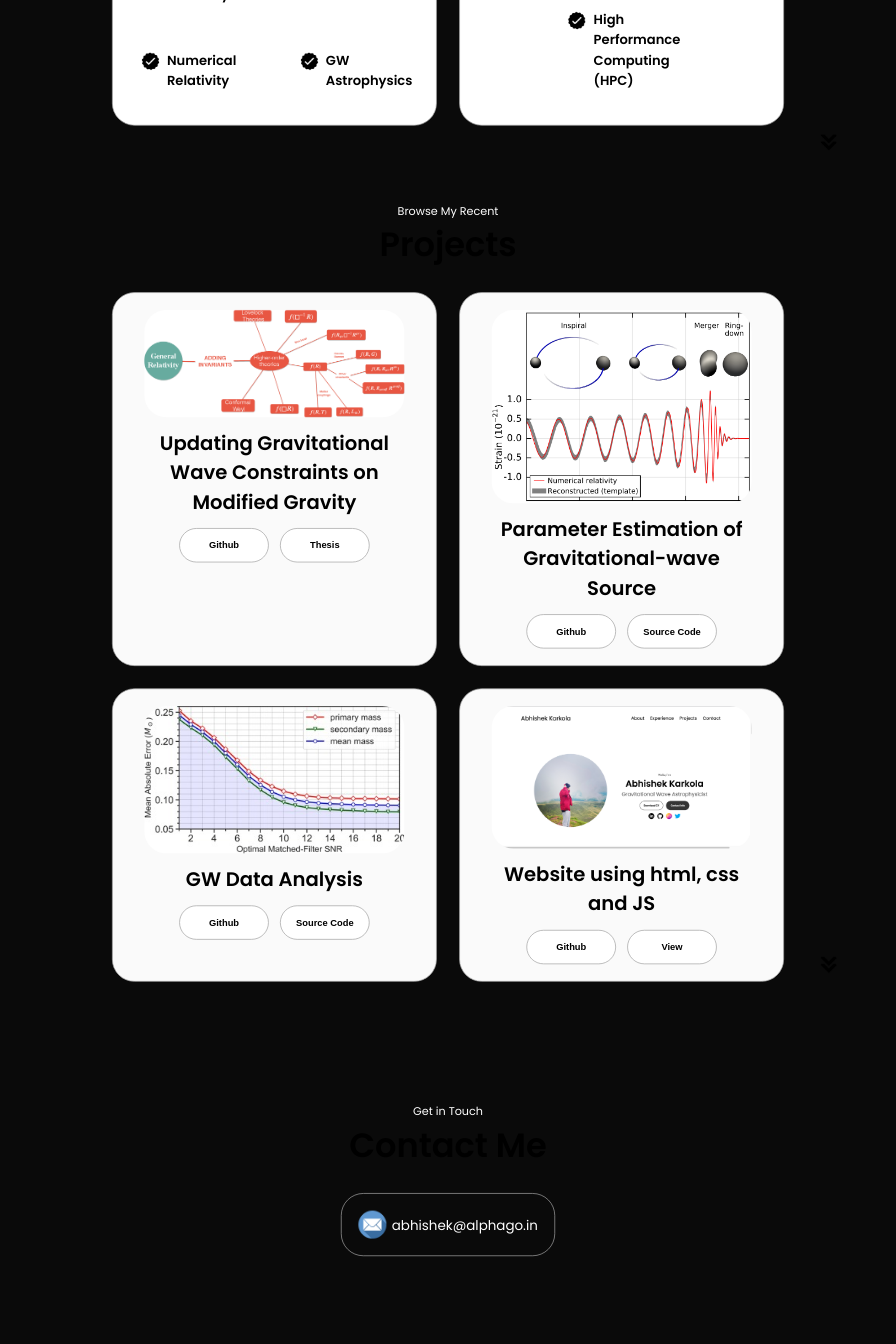
Repository: APersonalVoyage/APersonalVoyage.github.io
Page: index.html
An editor plug-in stored every save of this project. The page is shown before and after the next save, followed by the edit.
The browser window is 1280 px wide. The pictures show the part of the page from y = 1939 to 3859 px (the page is 4064 px tall), at 70% of full size.
A picture or video elsewhere on the page could not be fetched, so the positions and the page height are approximate.

Above is the page before, as saved 2023-08-24 18:56:44.

After the next save:
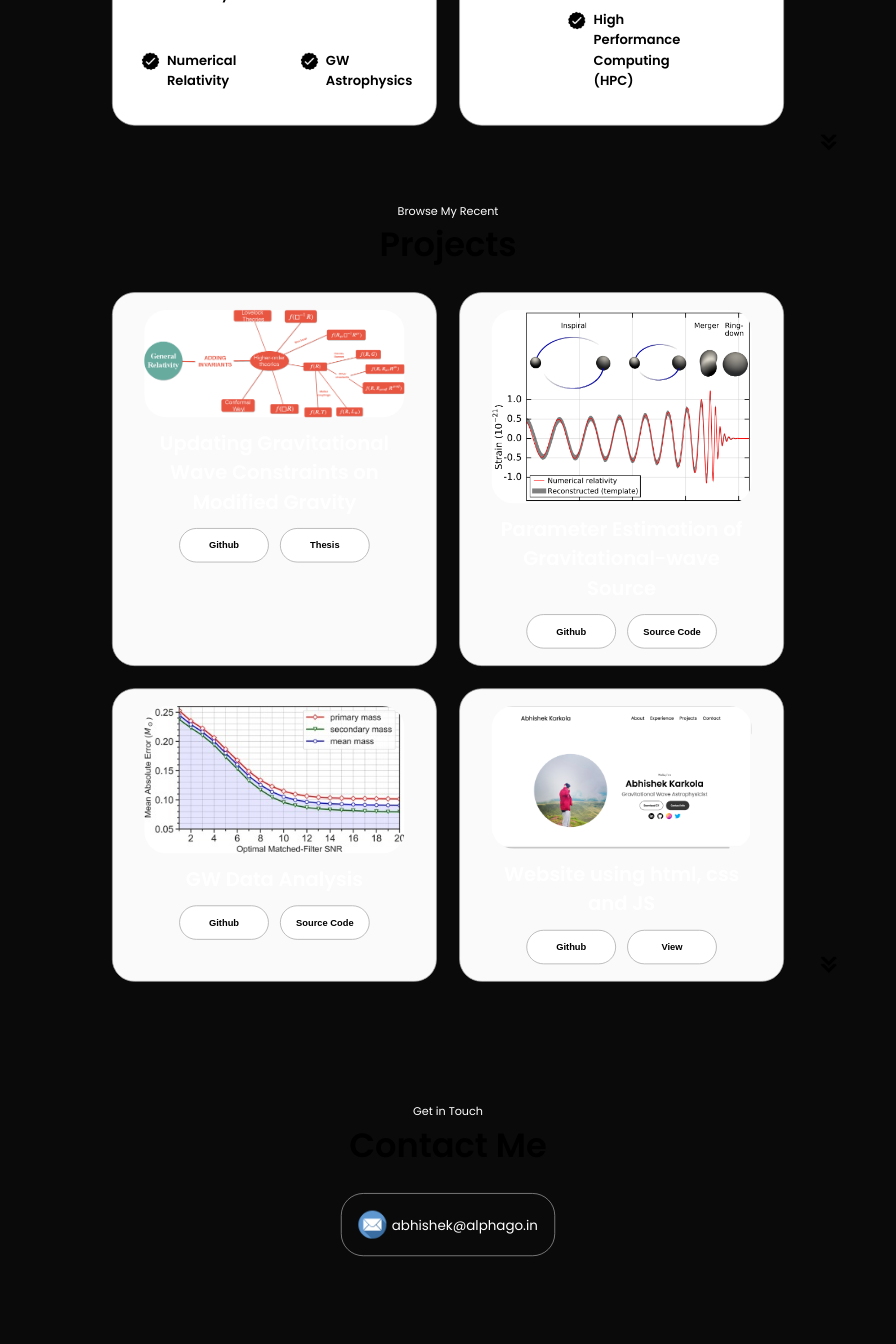
Saved 43 s later.
--- a/style.css
+++ b/style.css
@@ -375,7 +375,7 @@ article .icon {
 
 .project-title {
   margin: 1rem;
-  color: black;
+  color: #ffffff;
 }
 
 .project-btn {
